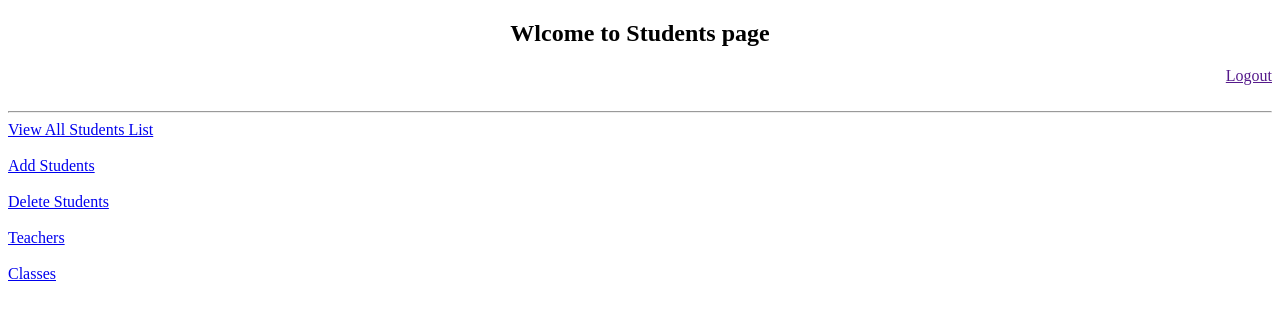
Repository: mdzeyan/JavaFSD-phase2-project
Page: Learners_Academy/src/main/webapp/Students.html
The author's editor kept a copy of each file at every save. The page is drawn from the files as they stood at one save, then again after the next save.
The browser window is 1280 px wide. The pictures show the whole page.

Above is the page before, as saved 2022-03-28 13:37:25.

### Learners_Academy/src/main/webapp/Students.html
<!DOCTYPE html>
<html>
<head>
<meta charset="ISO-8859-1">
<title>Insert title here</title>
</head>
<body>

	<h2 align="center">Wlcome to Students page</h2>
	<div align="right"><a href="">Logout</a></div>
	<br>
	<hr></hr>
	<a href="ViewStudentList.html">View All Students List</a>
	<br><br>
	<a href="AddStudent.html">Add Students</a>
	<br><br>
	<a href="DeleteStudent.html">Delete Students</a>
	<br><br>
	<a href="Teachers.html">Teachers</a>
	<br><br>
	<a href="Classes.html">Classes</a>

</body>
</html>

After the next save:
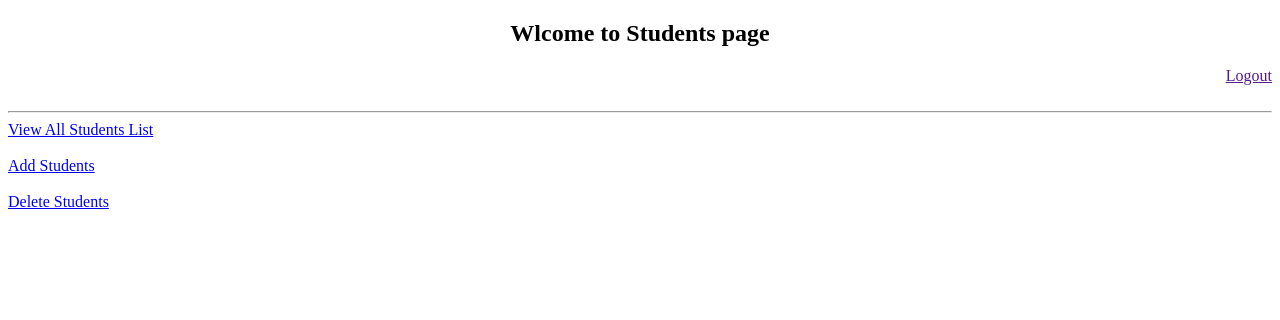
Saved 17 s later.
--- a/Learners_Academy/src/main/webapp/Students.html
+++ b/Learners_Academy/src/main/webapp/Students.html
@@ -15,10 +15,7 @@
 	<a href="AddStudent.html">Add Students</a>
 	<br><br>
 	<a href="DeleteStudent.html">Delete Students</a>
-	<br><br>
-	<a href="Teachers.html">Teachers</a>
-	<br><br>
-	<a href="Classes.html">Classes</a>
+
 
 </body>
 </html>
